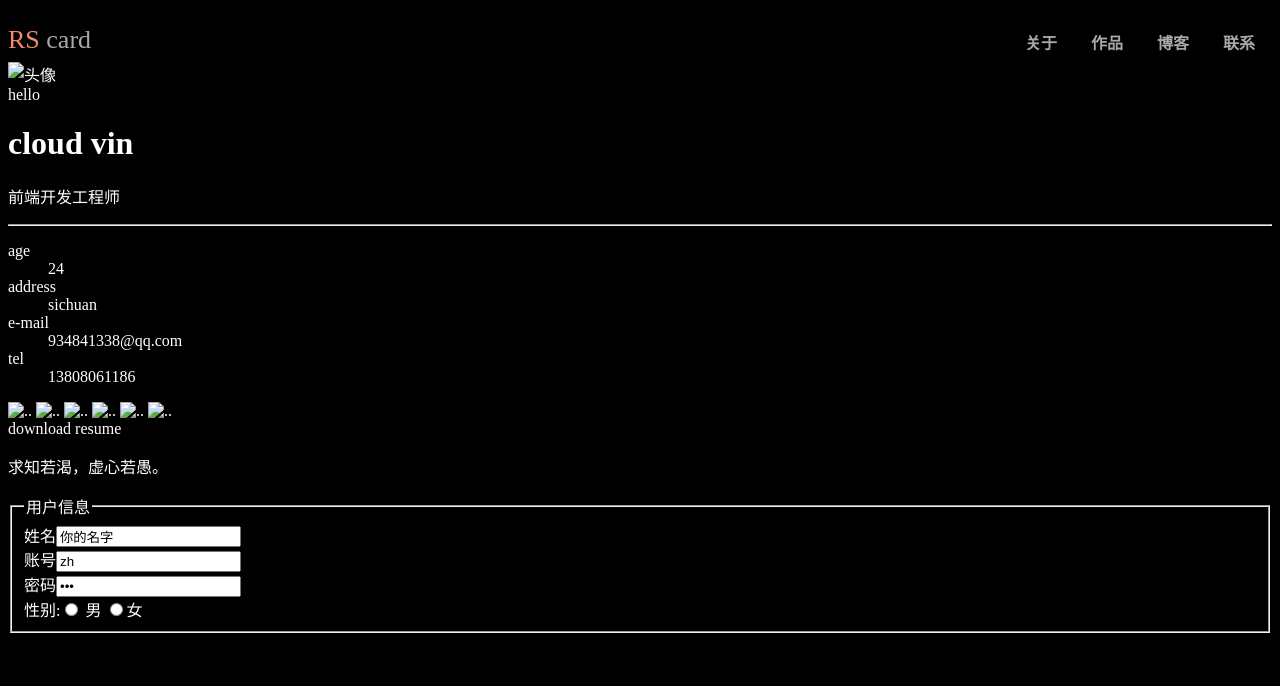
Repository: CloudVin/MyResume
Page: resume.html
These files come from the project's save history. The page is drawn as it stood at one moment and after the next save; the edit follows.
The browser window is 1280 px wide. The pictures show the whole page.

Above is the page before, as saved 2020-07-04 00:47:34.

### resume.html
<!DOCTYPE html>
<html lang="en">

<head>
    <meta charset="UTF-8">
    <meta name="viewport" content="width=device-width, initial-scale=1.0">
    <title>my resume</title>
    <link rel="stylesheet" href="./a.css">
    <script>
        function uncheck() {
            var radio = document.getElementById("nan");
            if (radio.tag == 1) {
                radio.checked = false;
                radio.tag = 0;
            } else {
                radio.checked = true;
                radio.tag = 1;
            }
        }
    </script>
</head>

<body>
    <div class="topnavbar clearfix">
        <a class="logo" href="#" alt="logo" style="float:left;">
            <span class="rs">RS</span>
            <span class="card">card</span>
        </a>

        <nav style="float: right;">

                <ul class="clearfix">
                    <li><a href="#">关于</a>
                    </li>
                    <li><a href="#">作品</a>
                    </li>
                    <li><a href="#">博客</a>
                    </li>
                    <li><a href="#">联系</a>
                    </li>
                </ul>

        </nav>
    </div>
    <div class="banner" style="background-image: url(#);">

    </div>
    <main>
        <div class="card">
            <div class="picture">
                <img src="#" alt="头像">
            </div>
            <div class="text">
                <div class="profile">
                    <span class="welcome">hello</span>
                    <h1>cloud vin</h1>
                    <p>前端开发工程师</p>
                    <hr>
                    <dl>
                        <dt>age</dt>
                        <dd>24</dd>
                        <dt>address</dt>
                        <dd>sichuan</dd>
                        <dt>e-mail</dt>
                        <dd>934841338@qq.com</dd>
                        <dt>tel</dt>
                        <dd>13808061186</dd>
                    </dl>
                </div>
                <footer class="media">
                    <a href="#"><img src="#" alt=".." /></a>
                    <a href="#"><img src="#" alt=".." /></a>
                    <a href="#"><img src="#" alt=".." /></a>
                    <a href="#"><img src="#" alt=".." /></a>
                    <a href="#"><img src="#" alt=".." /></a>
                    <a href="#"><img src="#" alt=".." /></a>
                </footer>

            </div>
        </div>
        <a class="button" href="#">download resume</a>
        <p>
            求知若渴，虚心若愚。
        </p>
    </main>
    <form>

        <fieldset>
            <legend>用户信息</legend>
            姓名<input type="text" value="你的名字"><br>
            账号<input value="zh"><br>
            密码<input type="password" value="pwd"><br>
            性别:<input type="radio" id="nan" name="radio" value="male" onclick="uncheck()">
            <lable for="nan">男</lable>
            <input type="radio" id="nv" name="radio" value="female" onclick="uncheck()"><label for="nv">女</label>
        </fieldset>
    </form>

</body>

</html>

### a.css
.clearfix::after{
    content: "";
    display: block;
    clear: both;
}
body{
    background-color: black;
    color: white;
}
a{
    text-decoration: none;
    color: inherit;
}
.topnavbar>nav>ul{
    list-style: none;
    margin: 0;
    padding: 0;
}
.topnavbar>nav>ul>li{
    float: left;
    margin-left: 17px;
    margin-right: 17px;
}
.topnavbar>nav>ul>li>a{
    font-size : 16px;
    color: darkgray;
    text-decoration: none;
    font-weight: bold;
    border-top: 3px solid transparent;
    border-bottom: 3px solid transparent;
    padding-top: 5px;
    padding-bottom: 5px;
    display: block;
}
.topnavbar>nav>ul>li>a:hover{
    border-bottom:3px solid #ee8c65;
}
.topnavbar{
    padding-top: 14px;
}
.topnavbar .logo{

    font-family: "Cooper Black";
    font-size: 26px;
    padding-top: 3px;
    padding-bottom: 4px;
}
.topnavbar .logo .rs{

    color: #ee8c65;
}
.topnavbar .logo .card{
    color: darkgrey;
}

After the next save:
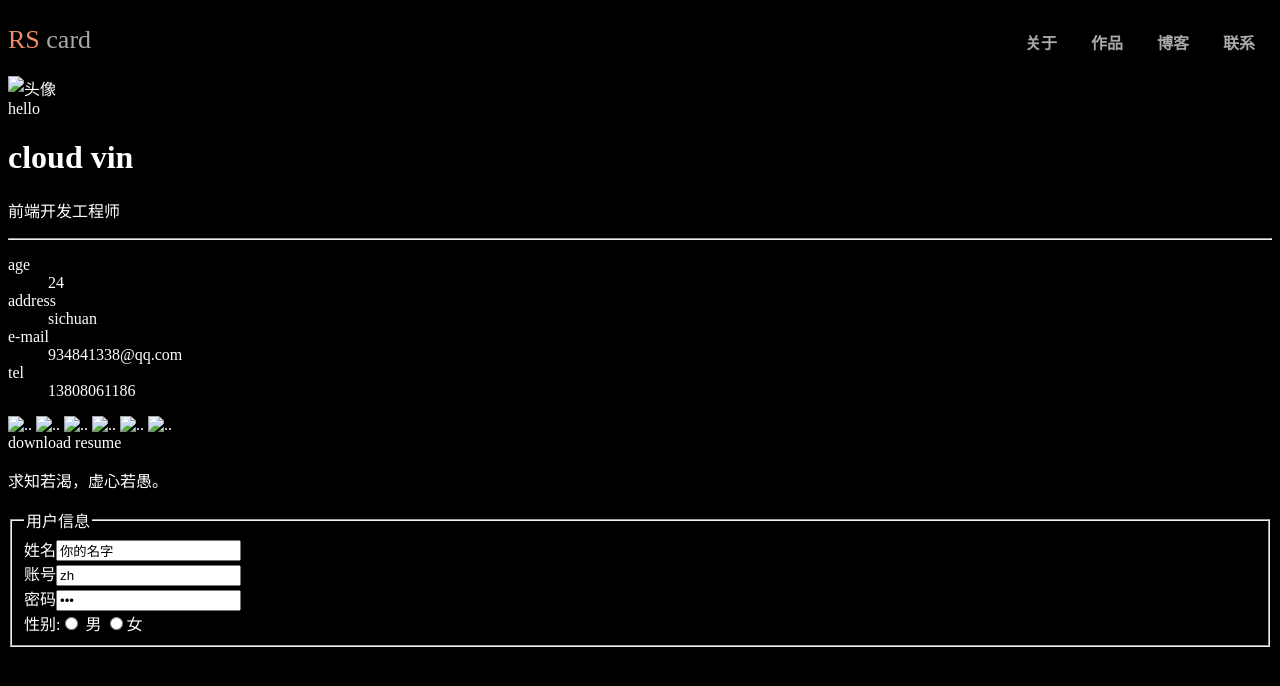
Saved 41 s later.
--- a/a.css
+++ b/a.css
@@ -37,6 +37,7 @@
 }
 .topnavbar{
     padding-top: 14px;
+    padding-bottom: 14px;
 }
 .topnavbar .logo{
 
